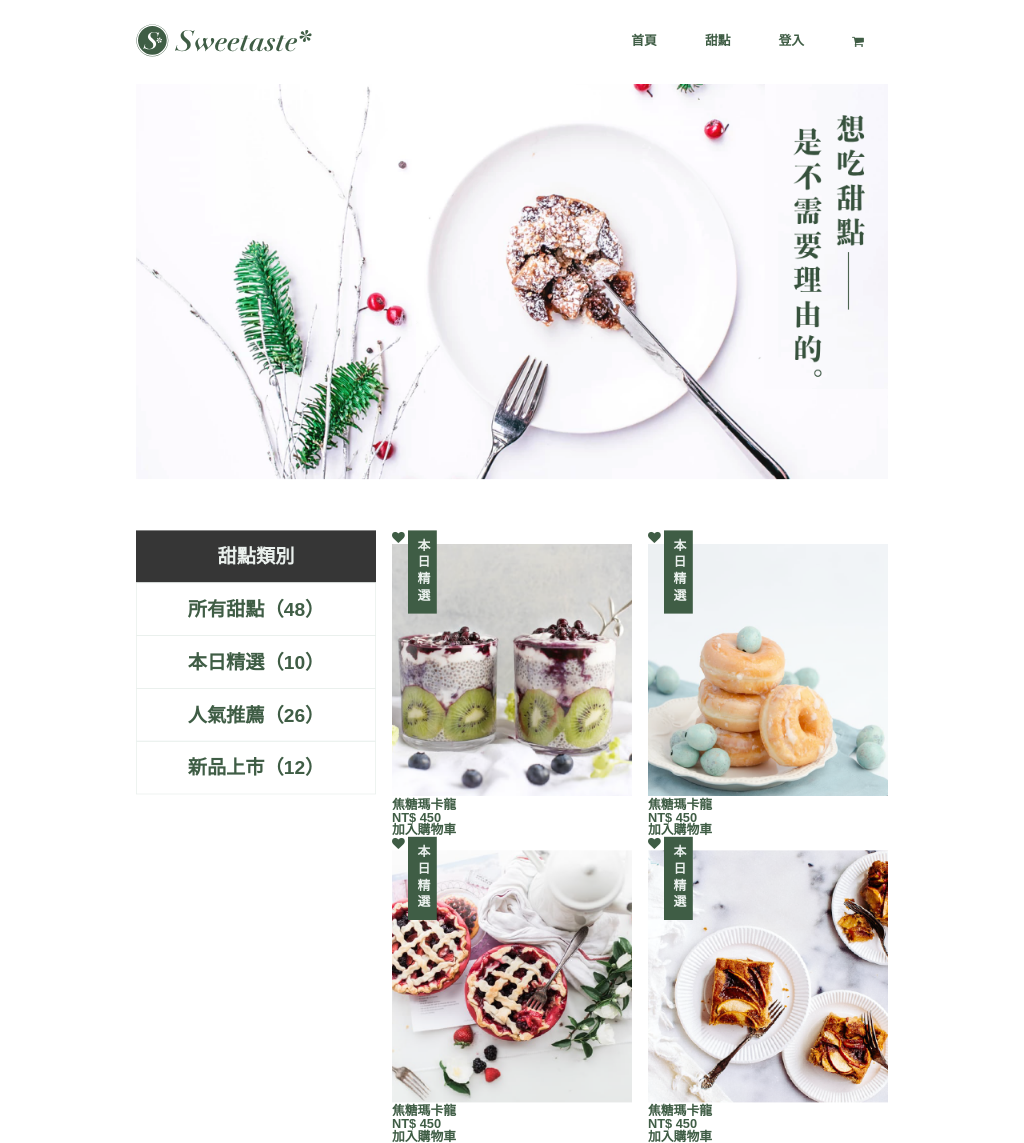
Repository: michelle61219/Sweets
Page: index.html
The author's editor kept a copy of each file at every save. The page is drawn from the files as they stood at one save, then again after the next save.
The browser window is 1280 px wide. The pictures show the whole page, at 80% of full size.

Above is the page before, as saved 2021-06-13 15:29:58.

After the next save:
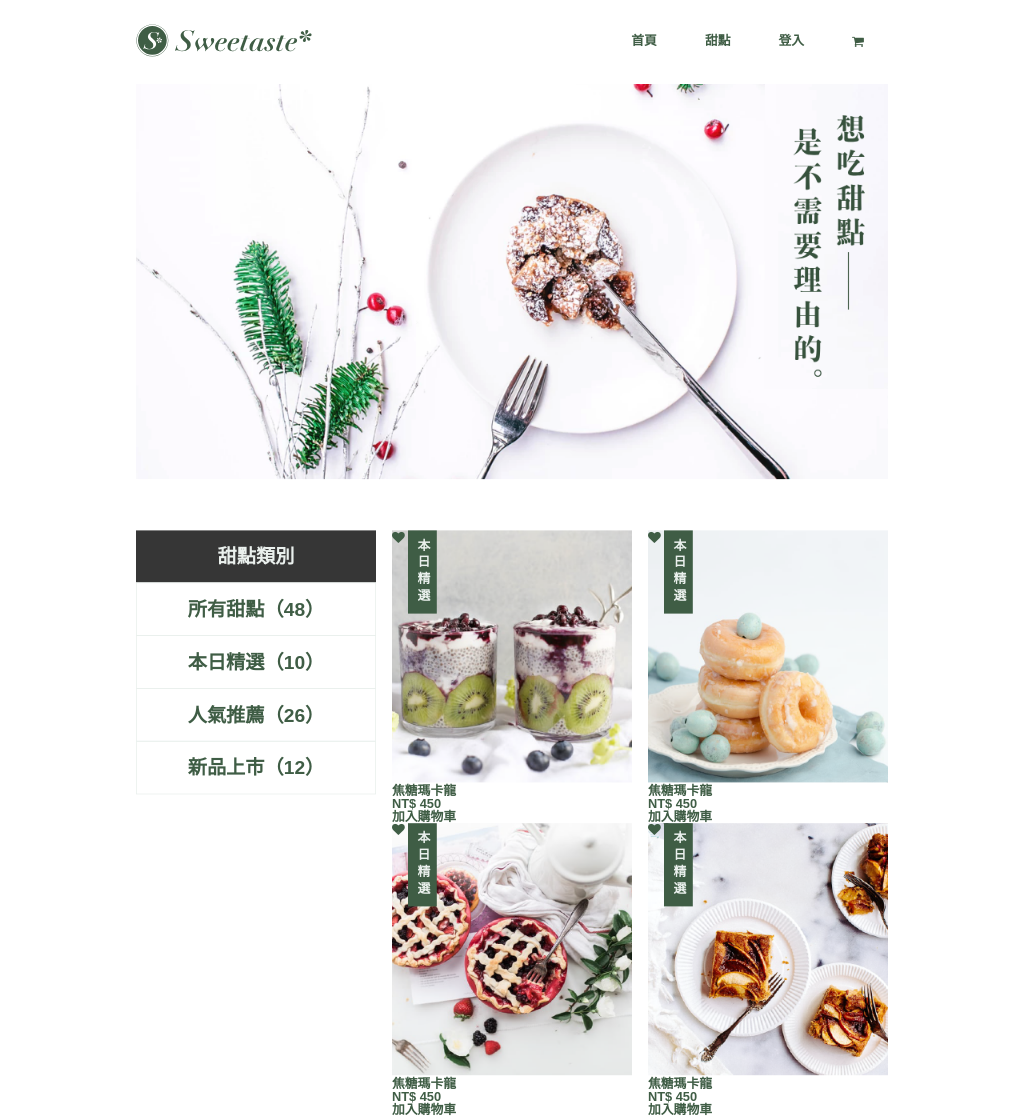
Saved 7 s later.
--- a/style.css
+++ b/style.css
@@ -233,4 +233,5 @@ a {
 	color: #eaf0ed;
 }
 .productList-card .heart {
-}
+	position: absolute;
+}
